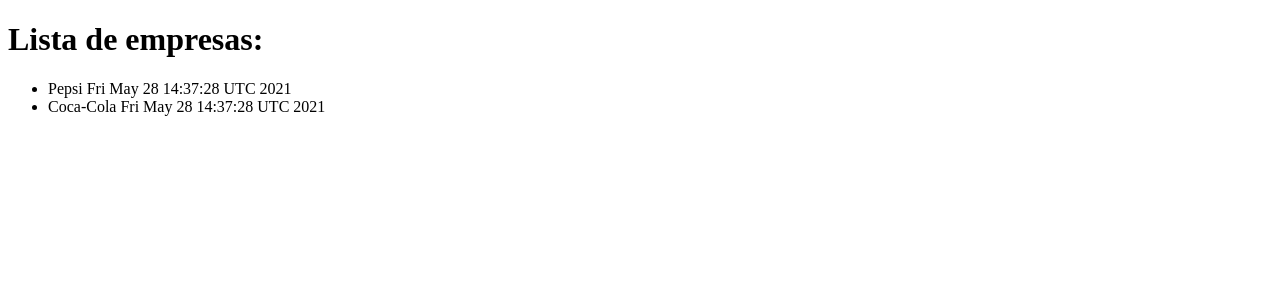
Repository: scaziti/java-spring
Page: http://localhost/gerenciador/listaEmpresas
An editor plug-in stored every save of this project. The page is shown before and after a run of saves, followed by the edit.
The browser window is 1280 px wide. The pictures show the whole page.
The page is served by Tomcat 9. Other server files are loaded and not shown.

Above is the page before, as saved 2021-06-02 12:58:36.

### gerenciador/WebContent/listaEmpresas.jsp
<%@ page language="java" contentType="text/html; charset=ISO-8859-1"
    pageEncoding="ISO-8859-1"%>

<%@ page import="java.util.List, br.com.alura.gerenciador.servlet.Empresa" %>
<%@ taglib uri="http://java.sun.com/jsp/jstl/core" prefix="c"%>
<!DOCTYPE html>
<html>
<head>
	<meta charset="ISO-8859-1">
	<title>Java Standard Tag Library </title>
</head>
<body>
	<h1>Lista de empresas: </h1>

	<ul>
		<c:forEach items="${empresas}" var="empresa">
			<li> ${empresa.nome} ${empresa.dataAbertura}</li>
		</c:forEach>
	</ul>

<body>
</html>

### gerenciador/src/br/com/alura/gerenciador/servlet/ListaEmpresasServlet.java
package br.com.alura.gerenciador.servlet;

import java.io.IOException;
import java.io.PrintWriter;
import java.util.List;

import javax.servlet.RequestDispatcher;
import javax.servlet.ServletException;
import javax.servlet.annotation.WebServlet;
import javax.servlet.http.HttpServlet;
import javax.servlet.http.HttpServletRequest;
import javax.servlet.http.HttpServletResponse;

@WebServlet("/listaEmpresas")
public class ListaEmpresasServlet extends HttpServlet {
	private static final long serialVersionUID = 1L;

	protected void doGet(HttpServletRequest request, HttpServletResponse response)
			throws ServletException, IOException {

		Banco banco = new Banco();
		List<Empresa> lista = banco.getEmpresas();

		request.setAttribute("empresas", lista);
		RequestDispatcher rd = request.getRequestDispatcher("/listaEmpresas.jsp");
		rd.forward(request, response);
	}

}

### gerenciador/src/br/com/alura/gerenciador/servlet/Banco.java
package br.com.alura.gerenciador.servlet;

import java.util.ArrayList;
import java.util.List;

public class Banco {

	private static List<Empresa> lista = new ArrayList<>();

	static {
		Empresa empresa = new Empresa();
		empresa.setNome("Pepsi");

		Empresa empresa2 = new Empresa();
		empresa2.setNome("Coca-Cola");

		lista.add(empresa);
		lista.add(empresa2);
	}

	public void adiciona(Empresa empresa) {
		lista.add(empresa);
	}

	public List<Empresa> getEmpresas(){
		return Banco.lista;
	}

}

### gerenciador/src/br/com/alura/gerenciador/servlet/Empresa.java
package br.com.alura.gerenciador.servlet;

import java.util.Date;

public class Empresa {

	private Integer id;
	private String nome;
	private Date dataAbertura = new Date();


	public Integer  getId() {
		return id;
	}
	public void setId(Integer  id) {
		this.id = id;
	}
	public String getNome() {
		return nome;
	}
	public void setNome(String nome) {
		this.nome = nome;
	}

	public Date getDataAbertura() {
		return dataAbertura;
	}

	public void setDataAbertura(Date dataAbertura) {
		this.dataAbertura = dataAbertura;
	}
}

After the next 2 saves:
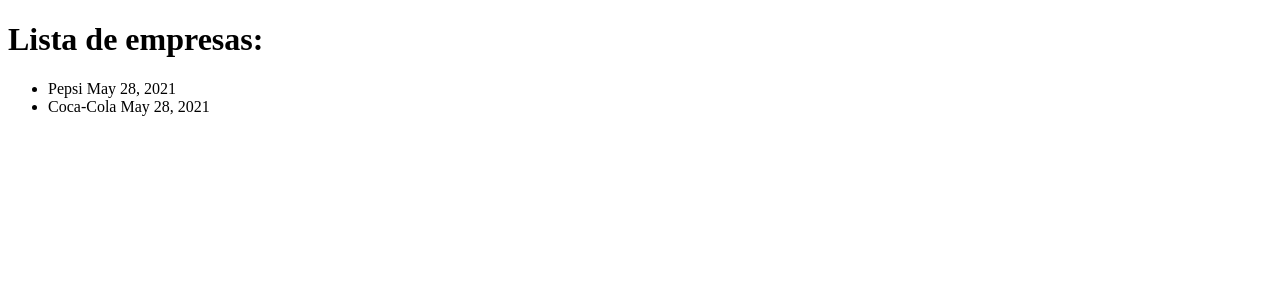
The 2 saves are shown as one change because 1 did not build or start.
The last was saved 3 min 27 s later.
--- a/gerenciador/WebContent/listaEmpresas.jsp
+++ b/gerenciador/WebContent/listaEmpresas.jsp
@@ -3,6 +3,7 @@
 
 <%@ page import="java.util.List, br.com.alura.gerenciador.servlet.Empresa" %>
 <%@ taglib uri="http://java.sun.com/jsp/jstl/core" prefix="c"%>
+<%@ taglib uri="http://java.sun.com/jsp/jstl/fmt" prefix="fmt"%>
 <!DOCTYPE html>
 <html>
 <head>
@@ -14,7 +15,8 @@
 
 	<ul>
 		<c:forEach items="${empresas}" var="empresa">
-			<li> ${empresa.nome} ${empresa.dataAbertura}</li>
+
+			<li> ${empresa.nome} <fmt:formatDate value="${empresa.dataAbertura}"/></li>
 		</c:forEach>
 	</ul>
 
